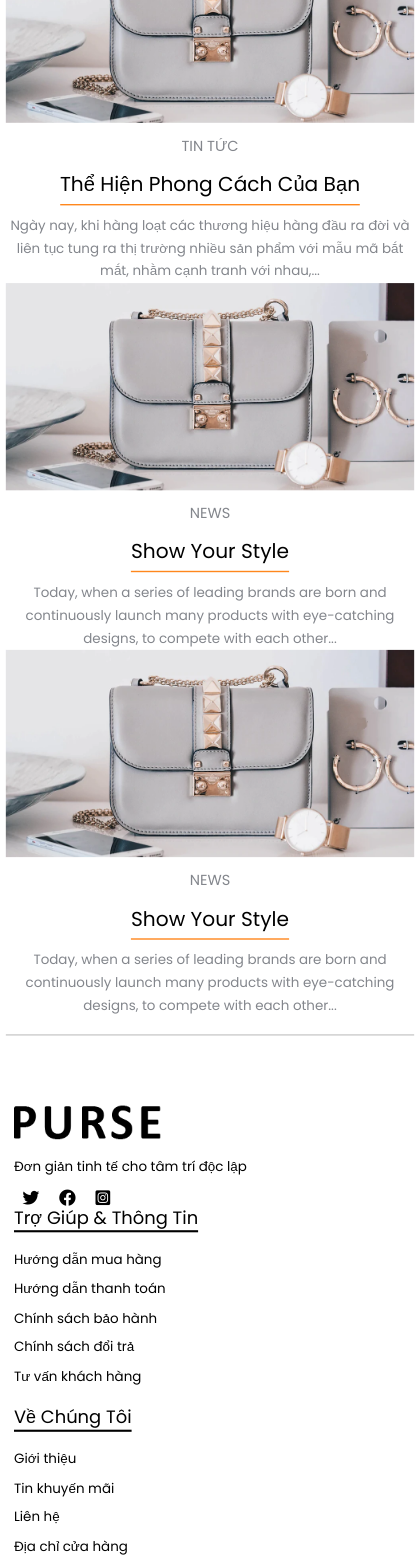
Repository: minh352623/project_firebase
Page: trangchu.html
An editor plug-in stored every save of this project. The page is shown before and after the next save, followed by the edit.
The browser window is 600 px wide. The pictures show the part of the page from y = 3718 to 5958 px (the page is 6308 px tall before and 6284 px after), at 70% of full size.
An inner scrolling area shows only its first screen. Backgrounds fixed to the window are drawn as part of the page. Some web libraries are served in a nearby version.

Above is the page before, as saved 2022-05-12 21:17:16.

After the next save:
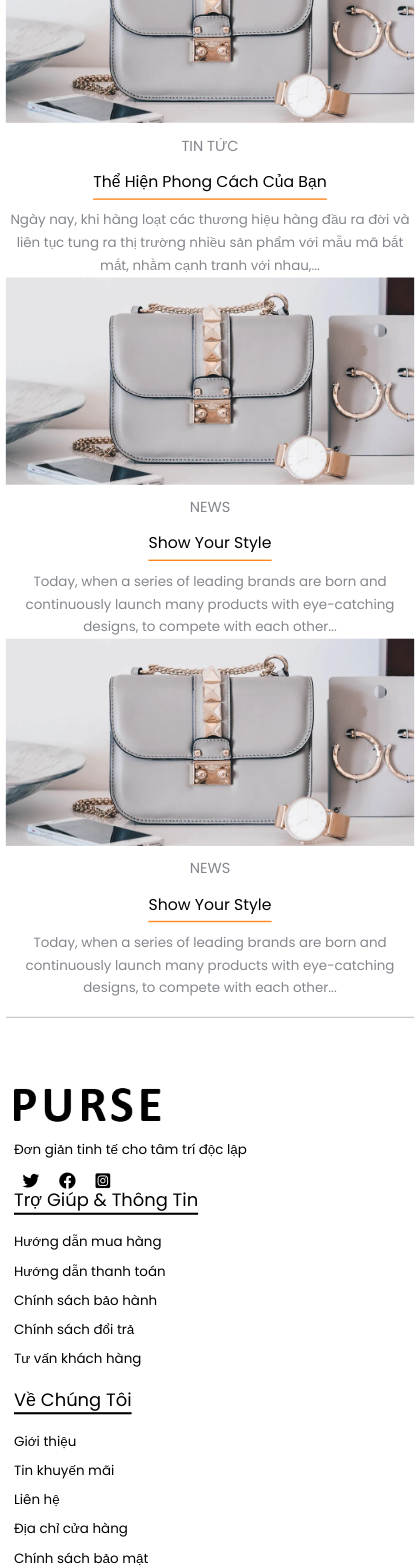
Saved 35 s later.
--- a/assets/css/reponsive.css
+++ b/assets/css/reponsive.css
@@ -201,5 +201,6 @@
     }
     .main-blog-content-show span{
         line-height: 1.3;
+        font-size: 1.4rem;
     }
 }
